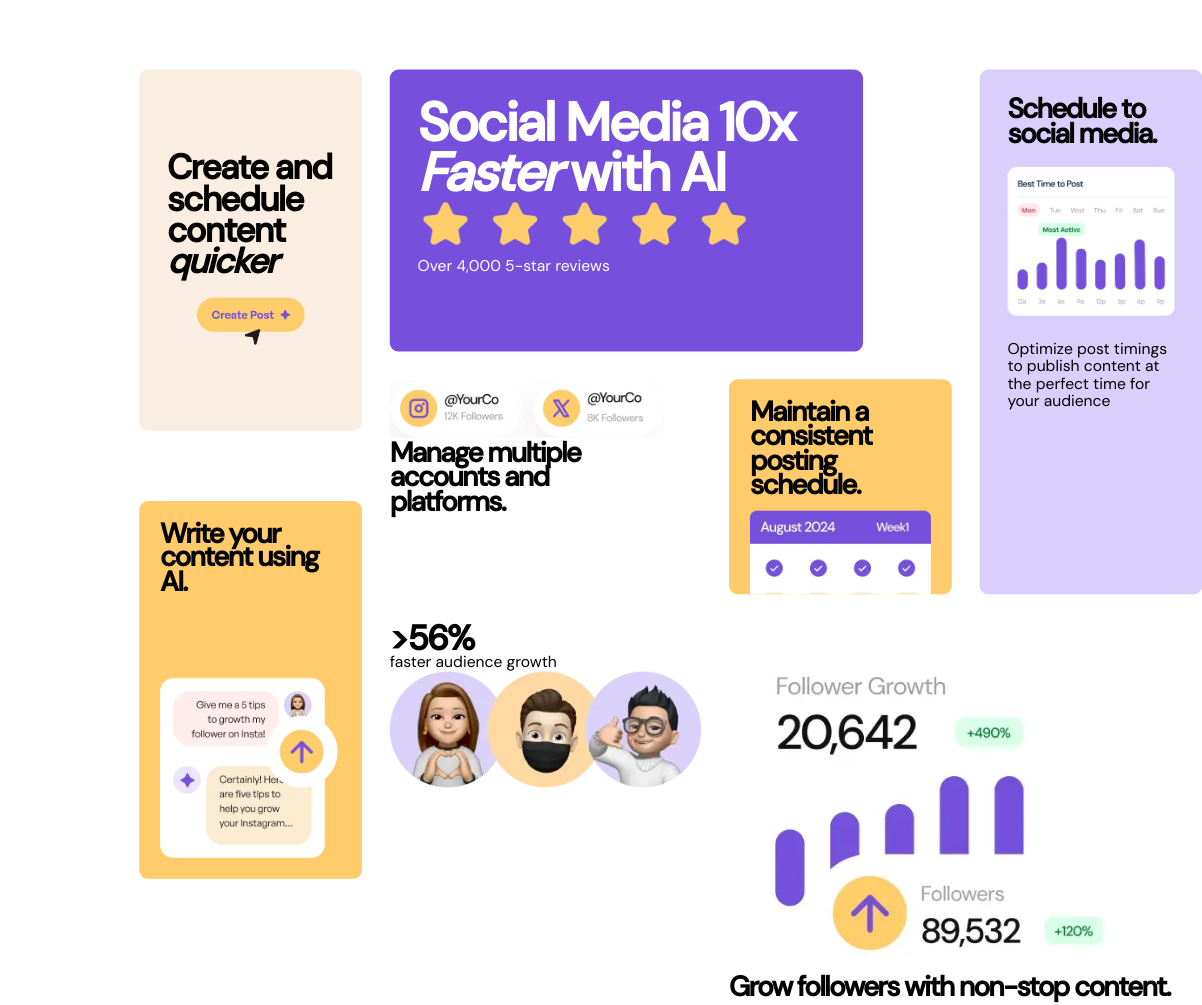
Repository: brandontaylor1/bento-grid
Page: index.html
These files come from the project's save history. The page is drawn as it stood at one moment and after the next save; the edit follows.
The browser window is 1280 px wide. The page is 1382 px wide, so the pictures cover 1382 px, including what lies to the right of the window. The pictures show the whole page, at 87% of full size.

Above is the page before, as saved 2025-01-22 11:42:28.

### index.html
<!DOCTYPE html>
<html lang="en">
<head>
    <meta charset="UTF-8">
    <meta name="viewport" content="width=device-width, initial-scale=1.0">
    <link rel="stylesheet" href="styles.css">
    <title>Bento Grid</title>
</head>
<body>
    <main class="container">
        <div class="grid-container">
            <div class="grid-item-1">
                <h1>Social Media <span>10x </span><em>Faster </em>with AI </h1>
                <img src="./assets/images/illustration-five-stars.webp" alt="five star images">
                <p>Over 4,000 5-star reviews</p>
            </div>
            <div class="grid-item-2">
                <img src="./assets/images/illustration-multiple-platforms.webp" alt="two social media images">
                <h3>Manage multiple accounts and platforms.</h3>
            </div>
            <div class="grid-item-3">
                <h3>Maintain a consistent <br> posting schedule.</h3>
                <img src="./assets/images/illustration-consistent-schedule.webp" alt="schedule">
            </div>
            <div class="grid-item-4">
                <h3>Schedule to social media.</h3>
                <img src="./assets/images/illustration-schedule-posts.webp" alt="schedule of posts">
                <p>Optimize post timings to publish content at the perfect time for your audience</p>
            </div>
            <div class="grid-item-5">
                <img src="./assets/images/illustration-grow-followers.webp" alt="follower growth">
                <h3>Grow followers with non-stop content.</h3>
            </div>
            <div class="grid-item-6">
                <h2> >56%</h2>
                <p>faster audience growth</p>
                <img src="./assets/images/illustration-audience-growth.webp" alt="pictures of cartoon audience">
            </div>
            <div class="grid-item-7">
                <h2>Create and schedule content <em>quicker</em></h2>
                <img src="./assets/images/illustration-create-post.webp" alt="create post image">
            </div>
            <div class="grid-item-8">
                <h3>Write your content using AI.</h3>
                <img src="./assets/images/illustration-ai-content.webp" alt="Ai Content Image">
            </div>
        </div>
    </main>

</body>
</html>

### styles.css

@font-face {
    font-family: "DMSans-Medium";
    src: url('./assets/fonts/DMSans-Medium.ttf') format('truetype');
    font-weight: 500;
    font-style: normal;
}

@font-face {
    font-family: "DMSans-MediumItalic";
    src: url('./assets/fonts/DMSans-MediumItalic.ttf') format('truetype');
    font-weight: 500;
    font-style: italic;
}

@font-face {
    font-family: "DMSans-Regular";
    src: url('./assets/fonts/DMSans-Regular.ttf') format('truetype');
    font-weight: 400;
    font-style: normal;
}

* {
    margin: 0;
    padding: 0;
    box-sizing: border-box;

}

:root {

    /* COLORS */
    --purple100: hsl(254, 88%, 90%);
    --purple500: hsl(256, 67%, 59%);

    --yellow100: hsl(31, 66%, 93%);
    --yellow500: hsl(39, 100%, 71%);

    --white: hsl(0, 0%, 100%);
    --black: hsl(0, 0%, 0%);
    --font-black: #121212;

    --spacing-5: 40px;
    --spacing-4: 32px;
    --spacing-3: 24px;
    --spacing-2: 16px;
    --spacing-1: 8px;

    /* TYPOGRAPHY */
    --font-family-regular: "DMSans-Regular", sans-serif;
    --font-family-medium: "DMSans-Medium", sans-serif;

    --font-size-h1: 62px;
    --line-height-h1: 93.5%;
    --letter-spacing-h1: -3px;

    --font-size-h2: 40px;
    --line-height-h2: 90%;
    --letter-spacing-h2: -2px;

    --font-size-h3: 32px;
    --line-height-h3: 87.5%;
    --letter-spacing-h3: -2px;

    --font-size-p: 18px;
    --line-height-p: 111%;
    --letter-spacing-p: 0px;
}

/* TYPOGRAPHY */
h1 {
    font-family: var(--font-family-medium);
    font-size: var(--font-size-h1);
    line-height: var(--line-height-h1);
    letter-spacing: var(--letter-spacing-h1);
}

h2 {
    font-family: var(--font-family-medium);
    font-size: var(--font-size-h2);
    line-height: var(--line-height-h2);
    letter-spacing: var(--letter-spacing-h2);
}

h3 {
    font-family: var(--font-family-medium);
    font-size: var(--font-size-h3);
    line-height: var(--line-height-h3);
    letter-spacing: var(--letter-spacing-h3);
}

p {
    font-family: var(--font-family-regular);
    font-size: var(--font-size-p);
    line-height: var(--line-height-p);
    letter-spacing: var(--letter-spacing-p);

}

.container {
    height: 100vh;
}

.grid-container {
    height: 100%;
    width: 100%;
    display: grid;
    grid-template-areas:
    " a b b b b c c"
    " a b b b b c c"
    " a d d e e c c "
    " f d d e e c c"
    " f g g h h h h"
    " f g g h h h h";
    gap: 32px;
    width: 100%;
    padding: 80px 160px 65px 160px;
}

.grid-item-1 {
    background-color: var(--purple500);
    color: var(--white);
    padding: 32px;
    border-radius: 10px;
    width: 544px;
    height: 324px;
    grid-area: b;
}

.grid-item-2 {
    grid-area: d;
    width: 256px;
    height: 247px;
}

.grid-item-2 img {
    width: 316px;
}

.grid-item-3 {
    grid-area: e;
    width: 256px;
    height: 247px;
    padding: 24px 24px 0 24px;
    border-radius: 10px;
    background-color: var(--yellow500);
    overflow: hidden;
}

.grid-item-3 img {
    width: 100%;
    padding-top: 16px;
}

.grid-item-4 {
    grid-area: c;
    width: 256px;
    height: 603px;
    padding: 32px;
    flex-direction: column;
    align-items: flex-start;
    justify-content: center;
    border-radius: 10px;
    background-color: var(--purple100);
}

.grid-item-4 img {
    width: 100%;
    padding: 24px 0;
}

.grid-item-5 {
    grid-area: h;
}

.grid-item-6 {
    grid-area: g;
}

.grid-item-7 {
    background-color: var(--yellow100);
    width: 256px;
    height: 415px;
    padding: 32px;
    border-radius: 10px;
    display: flex;
    flex-direction: column;
    align-items: center;
    justify-content: center;
    grid-area: a;
}

.grid-item-7 p {
    color: var(--color-black, #121212);
    font-family: "DM Sans";
    font-size: var(--font-size-text-preset-2, 40px);
    font-style: normal;
    font-weight: 500;
    line-height: var(--font-size-text-preset-2); /* 90% */
    letter-spacing: -2px;
}

.grid-item-7 img {
    width: 65%;
    padding-top: 24px;
}

.grid-item-8 {
    grid-area: f;
    width: 256px;
    height: 434px;
    padding: 24px;
    display: flex;
    flex-direction: column;
    align-items: flex-start;
    justify-content: space-between;
    border-radius: 10px;
    background-color: var(--yellow500);
}

.grid-item-8 img {
    width: 204px;
    padding-top: 24px;
}

/* RESPONSIVE */

/* MOBILE */
@media screen and (max-width: 480px) {
    .container {
        height: auto;
        background-color: #F6F5F6;
    }

    .grid-container {
        display: grid;
        grid-template-areas:
        "a"
        "b"
        "c"
        "d"
        "e"
        "f"
        "g"
        "h";
        gap: var(--spacing-4);
    }

    .grid-item-1 {
        background-color: var(--purple500);
        color: var(--white);
        text-align: center;
        padding: 40px 32px;
        border-radius: 10px;
        width: 100%;
        grid-area: a;
    }

    .grid-item-1 h1 {
        padding-bottom: 24px;
    }

    .grid-item-1 img {
        width: 192px;
        padding-bottom: 8px;
    }

    .grid-item-1 span {
        color: var(--yellow500);
    }

    .grid-item-2 {
        background-color: var(--white);
        padding: 16px;
        border-radius: 10px;
        grid-area: b;
    }
    .grid-item-2 img {
        width: 100%;
    }

    .grid-item-2 h3 {
        color: #121212;
    }

    .grid-item-3 {
        background-color: var(--yellow500);
        padding: 16px;
        border-radius: 10px;
        overflow: hidden;
        grid-area: c;
    }

    .grid-item-3 img {
        width: 288px;
        height: auto;
        padding-top: 16px;
        margin-bottom: -40px;
    }

    .grid-item-4 {
        background-color: var(--purple100);
        padding: 32px;
        border-radius: 10px;
        text-align: center;
        grid-area: d;
    }

    .grid-item-4 img {
        width: 100%;
        padding: 24px 0;

    }

    .grid-item-5 {
        background-color: var(--purple500);
        color: var(--white);
        padding: 32px;
        border-radius: 10px;
        display: flex;
        flex-direction: column;
        align-items: center;
        justify-content: center;
        text-align: center;
        grid-area: e;
    }

    .grid-item-5 img {
        padding-bottom: 40px;
        width: 228px;
        height: auto;
    }

    .grid-item-5 h3 {
        width: 257px;
        height: auto;
    }

    .grid-item-6 {
        background-color: var(--white);
        padding: 16px;
        border-radius: 10px;
        text-align: left;
        padding: 24px;
        grid-area: f;
    }

    .grid-item-6 h2 {
        padding-bottom: 15px;
    }

    .grid-item-6 img {
       width: 50%;
       padding-top: 24px;

    }

    .grid-item-7 {
        background-color: var(--yellow100);
        padding: 32px;
        border-radius: 10px;
        text-align: left;
        grid-area: g;
    }

    .grid-item-7 img {
        width: 65%;
        padding-top: 24px;
    }

    .grid-item-7 em {
        color: var(--purple500);
    }

    .grid-item-8 {
        background-color: var(--yellow500);
        padding: 24px;
        border-radius: 10px;
        text-align: left;
        grid-area: h;
    }

    .grid-item-8 img {
        width: 75%;
        padding-top: 24px;
    }


}

After the next save:
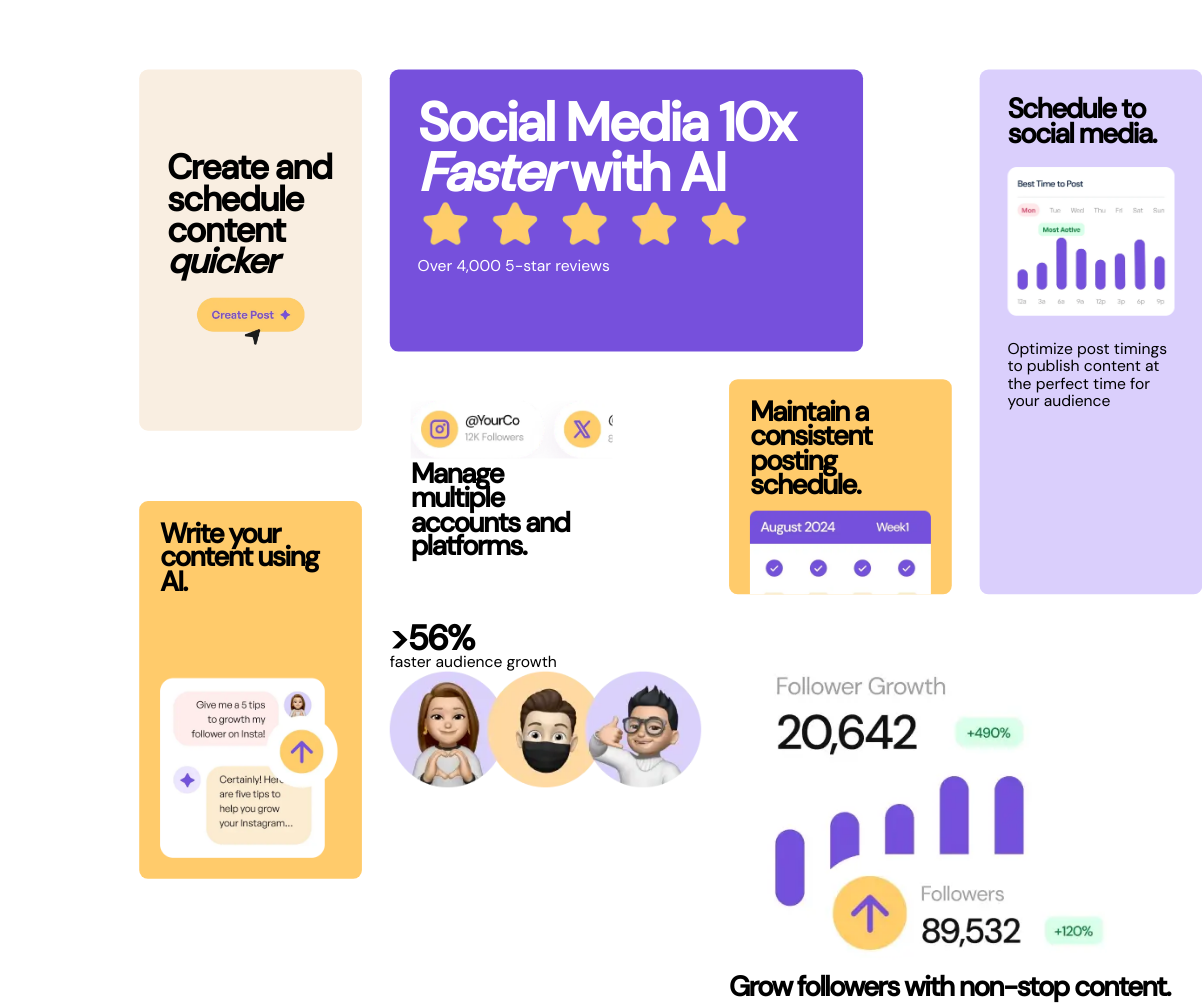
Saved 47 s later.
--- a/styles.css
+++ b/styles.css
@@ -131,6 +131,9 @@
     grid-area: d;
     width: 256px;
     height: 247px;
+    padding: 24px;
+    border-radius: 10px;
+    overflow: hidden;
 }
 
 .grid-item-2 img {
